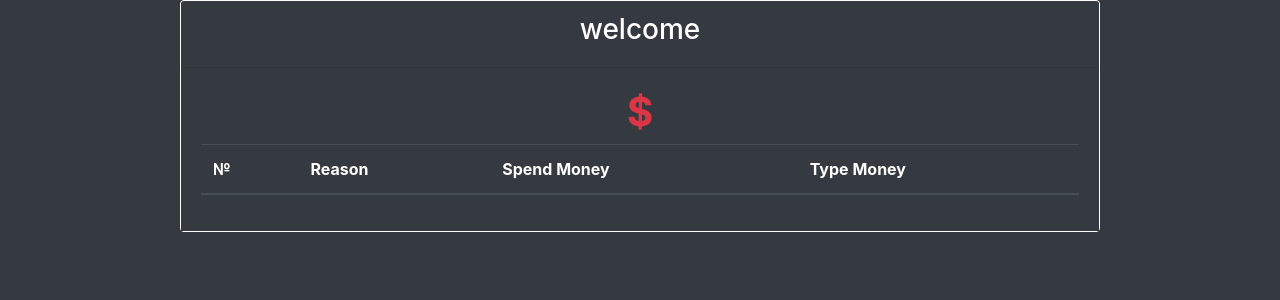
Repository: surefaceJS/allMyWorkInaliLinux
Page: hardcha/index.html
An editor plug-in stored every save of this project. The page is shown before and after a run of saves, followed by the edit.
The browser window is 1280 px wide. The pictures show the whole page.

Above is the page before, as saved 2021-04-19 11:39:43.

### hardcha/index.html
<!DOCTYPE html>
<html lang="en">

<head>
    <meta charset="UTF-8">
    <meta http-equiv="X-UA-Compatible" content="IE=edge">
    <meta name="viewport" content="width=device-width, initial-scale=1.0">
    <title>ReadyWebPage</title>
    <link rel="stylesheet" href="css/bootstrap.css">
    <link rel="stylesheet" href="fontawesome-free-5.15.2-web/css/all.min.css">
    <link rel="stylesheet" href="css/main.css">
</head>

<body class="bg-dark">


    <div class="container">

        <div class="row">
            <div class="col-10 m-auto">
                <div class="card border-white">

                    <div class="card-header bg-dark text-white text-center">
                        <h3>welcome <span id="pushName"></span> </h3>
                    </div>
                    <div class="card-body bg bg-dark">
                        <h1 class="text-danger text-center text-uppercase font-intel-bold" id="pushMonay"><span>$</span></h1>

                        <table class="table table-dark table-hover table-striped">
                            <thead>
                                <tr>
                                    <th>№</th>
                                    <th>Reason</th>
                                    <th>Spend Money</th>
                                    <th>Type Money</th>
                                </tr>
                            </thead>
                            <tbody id="result"></tbody>
                        </table>
                    </div>

                </div>
            </div>
        </div>
    </div>

    <script src="js/jquery-3.3.1.slim.min.js"></script>
    <script src="js/popper.min.js"></script>
    <script src="js/bootstrap.js"></script>
    <script src="js/app.js"></script>
</body>

</html>

### hardcha/css/main.css
/*********************  FONTS STYLE *************************/
@font-face {
  font-family: "Inter-Bold";
  src: url("../asssets/fonts/Inter/Inter-Bold.ttf") format("truetype"); }
@font-face {
  font-family: "Inter-Regular";
  src: url("../asssets/fonts/Inter/Inter-Regular.ttf") format("truetype"); }
@font-face {
  font-family: "Inter-Light";
  src: url("../asssets/fonts/Inter/Inter-Light.ttf") format("truetype"); }
@font-face {
  font-family: "Inter-SemiBold";
  src: url("../asssets/fonts/Inter/Inter-SemiBold.ttf") format("truetype"); }
.font-intel-bold {
  font-family: "Inter-Bold", sans-serif; }

.font-intel-regular {
  font-family: "Inter-Regular", sans-serif; }

.font-intel-light {
  font-family: "Inter-Light", sans-serif; }

.font-inter-semi-bold {
  font-family: "Inter-SemiBold", sans-serif; }

/*# sourceMappingURL=main.css.map */

Loaded but not shown: hardcha/css/bootstrap.css (library); hardcha/fontawesome-free-5.15.2-web/css/all.min.css (library); hardcha/js/jquery-3.3.1.slim.min.js (library); hardcha/js/popper.min.js (library); hardcha/js/bootstrap.js (library); hardcha/js/app.js (no copy from this time; the picture is the same without it)

After the next 2 saves:
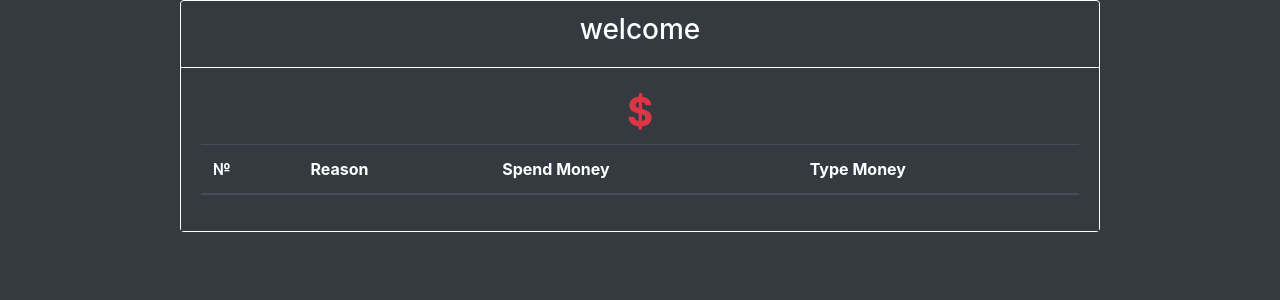
The 2 saves are shown as one change because they came seconds apart.
The last was saved 11 s later.
--- a/hardcha/index.html
+++ b/hardcha/index.html
@@ -20,7 +20,7 @@
             <div class="col-10 m-auto">
                 <div class="card border-white">
 
-                    <div class="card-header bg-dark text-white text-center">
+                    <div class="card-header border-white bg-dark text-white text-center">
                         <h3>welcome <span id="pushName"></span> </h3>
                     </div>
                     <div class="card-body bg bg-dark">
